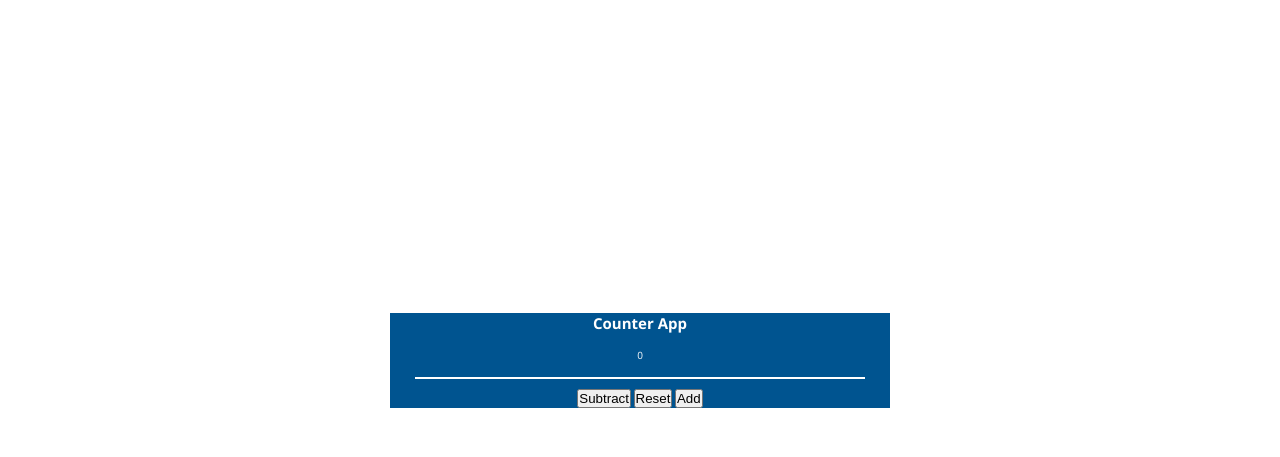
Repository: fakebrianho/100daysJS
Page: day001/index.html
An editor plug-in stored every save of this project. The page is shown before and after the next save, followed by the edit.
The browser window is 1280 px wide. The pictures show the whole page.
Some web libraries are served in a nearby version.

Above is the page before, as saved 2023-03-21 15:09:54.

### day001/index.html
<!DOCTYPE html>
<html lang="en">

<head>
  <meta charset="UTF-8" />
  <meta name="viewport" content="width=device-width, initial-scale=1.0" />
  <title>Document</title>
  <script src="https://kit.fontawesome.com/1935d064dd.js" crossorigin="anonymous"></script>
  <link rel="stylesheet" href="styles.css" />
</head>

<body>
  <main>
    <section class='container'>
      <h1 class='title'>Counter App</h1>
      <section class='counter'><span class='count'>0</span></section>
      <div class='divider'></div>
      <footer>
        <button class='subtract'>Subtract</button>
        <button class='reset'>Reset</button>
        <button class='add'>Add</button>
      </footer>
    </section>
  </main>

  <script src="script.js"></script>
</body>

</html>

### day001/styles.css
@import url('https://fonts.googleapis.com/css2?family=Open+Sans:wght@300;400;600;700&display=swap');

:root {
	--white: #fff;
	--black: #1c2b2d;
	--blue: #31326f;
	--light-blue: #005490;
	--color-primary: #9d0191;
	--color-sec: #db6400;
	--grey: #eee;
	--dark-grey: #222831;
}

* {
	margin: 0;
	padding: 0;
	box-sizing: border-box;
}

main {
	width: 100%;
	height: 100vh;
	display: flex;
	justify-content: center;
	align-items: center;
}

html {
	font-size: 10px;
}

body {
	font-family: 'Open Sans', sans-serif;
}

p {
	font-size: 1.6rem;
	line-height: 1.5;
}

img {
	width: 100%;
}
.title {
	margin-bottom: 15px;
}
.counter {
	margin-bottom: 5px;
}

.container {
	background-color: var(--light-blue);
	color: white;
	display: flex;
	justify-content: center;
	align-items: center;
	flex-direction: column;
	width: 100%;
	max-width: 500px;
	/* max-width: 900px;
  margin: 0 auto;
  padding: 0 20px; */
}
.divider {
	height: 2px;
	width: 90%;
	/* padding: 2px 0px; */
	/* margin: 3px; */
	margin: 10px 3px;
	background-color: white;
}

Loaded but not shown: day001/script.js (no stored copy; drawn as an empty file)

After the next save:
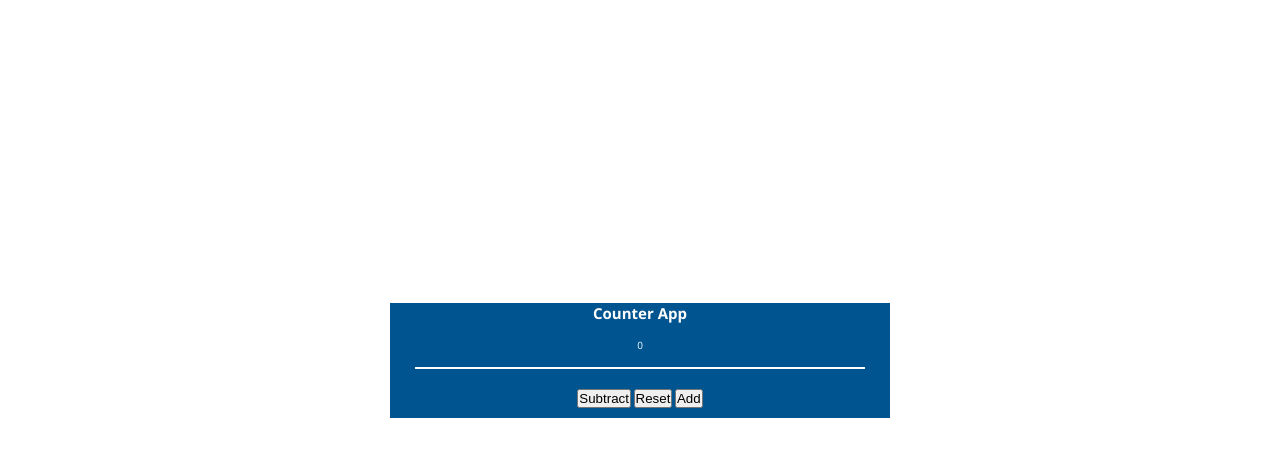
Saved 20 s later.
--- a/day001/styles.css
+++ b/day001/styles.css
@@ -69,3 +69,6 @@ img {
 	margin: 10px 3px;
 	background-color: white;
 }
+footer {
+	margin: 10px;
+}
